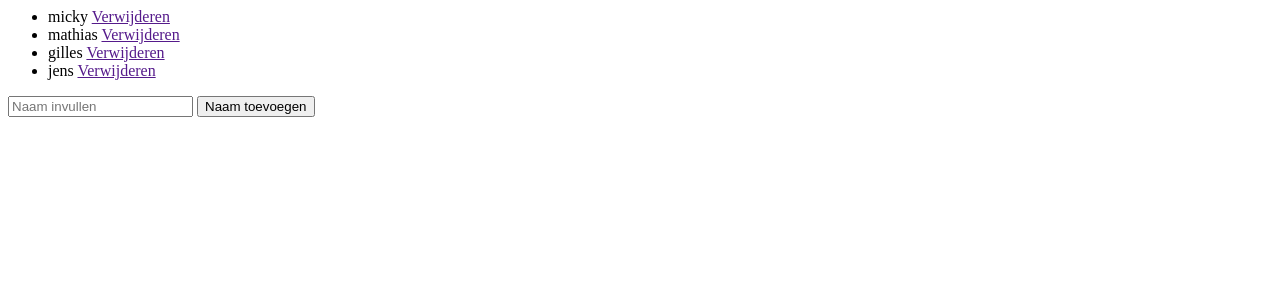
Repository: Mvangramberen/Workspace-Ecplise
Page: Angular/index.html
These files come from the project's save history. The page is drawn as it stood at one moment and after the next save; the edit follows.
The browser window is 1280 px wide. The pictures show the whole page.
The page's requests for data from a server got no answer. Some web libraries are served in a nearby version.

Above is the page before, as saved 2016-11-05 19:06:53.

### Angular/index.html
<!DOCTYPE>

<html ng-app="naamApp">
<head>
  <meta charset="utf-8">
  <title>Title</title>

   <script src="https://cdnjs.cloudflare.com/ajax/libs/angular.js/1.2.1/angular.min.js"></script>
<!--Zorg ervoor dat de main.js als laatste geladen wordt, anders gaat hij angular niet in de javascript herkennen  -->
   <script src="main.js"></script>


</head>

<body ng-controller="naamCtrl">

<div >

	<ul>
	<li ng-repeat="naam in namen">{{naam}} <a href="" ng-click="verwijderNaam(naam)">Verwijderen</a></li>
	</ul>

	<form ng-submit="naamToevoegen()">
	<input ng-model="ingevuldeNaam" type="text" placeholder="Naam invullen">
	<input type="submit" value="Naam toevoegen">

	</form>

</div>

</body>



</html>

### Angular/main.js
var naamApp = angular.module('naamApp', []);
naamApp.controller('naamCtrl', function($scope){
$scope.namen = ["micky","mathias","gilles","jens"];
$scope.naamToevoegen = function (){
	$scope.namen.push($scope.ingevuldeNaam);
};

$scope.verwijderNaam = function(naam){
	var index = $scope.namen.indexOf(naam);
	$scope.namen.splice(index, 1);
}
});

After the next save:
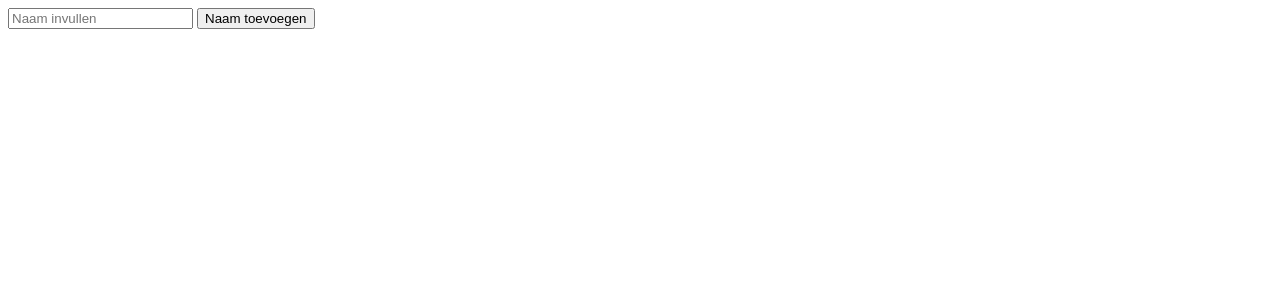
Saved 11 min 49 s later.
--- a/Angular/main.js
+++ b/Angular/main.js
@@ -1,12 +1,13 @@
 var naamApp = angular.module('naamApp', []);
-naamApp.controller('naamCtrl', function($scope){
-$scope.namen = ["micky","mathias","gilles","jens"];
-$scope.naamToevoegen = function (){
-	$scope.namen.push($scope.ingevuldeNaam);
-};
+naamApp.controller('naamCtrl', function($scope, $http){
+$http.get("http://127.0.0.1:5984/oefening_leaflet/_all_docs").success(function(databankData){
+	$scope.databankData = databankData;
+});
 
 $scope.verwijderNaam = function(naam){
 	var index = $scope.namen.indexOf(naam);
 	$scope.namen.splice(index, 1);
 }
+
+
 });
